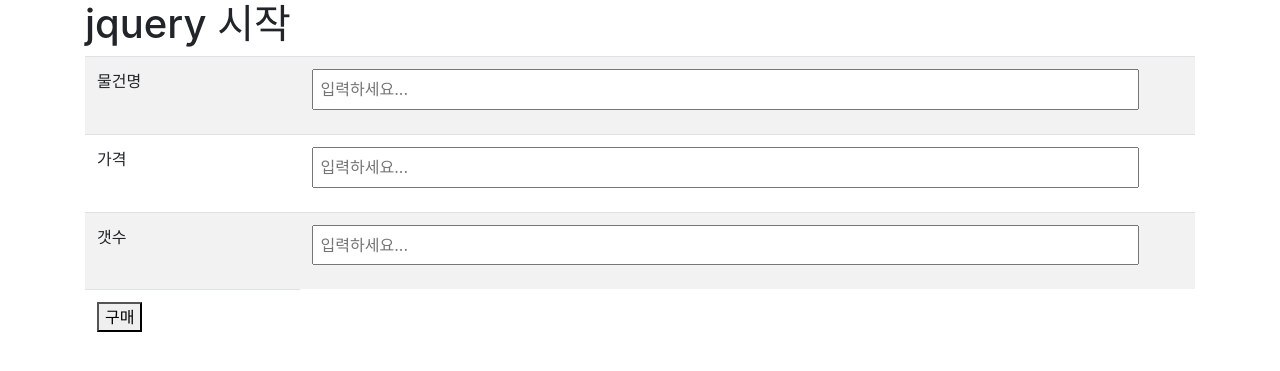
Repository: chanjungkim/vue_hrd
Page: vueexp/WebContent/a04_event/a02_buyProduct.html
These files come from the project's save history. The page is drawn as it stood at one moment and after the next save; the edit follows.
The browser window is 1280 px wide. The pictures show the whole page.

Above is the page before, as saved 2019-09-21 02:11:10.

After the next save:
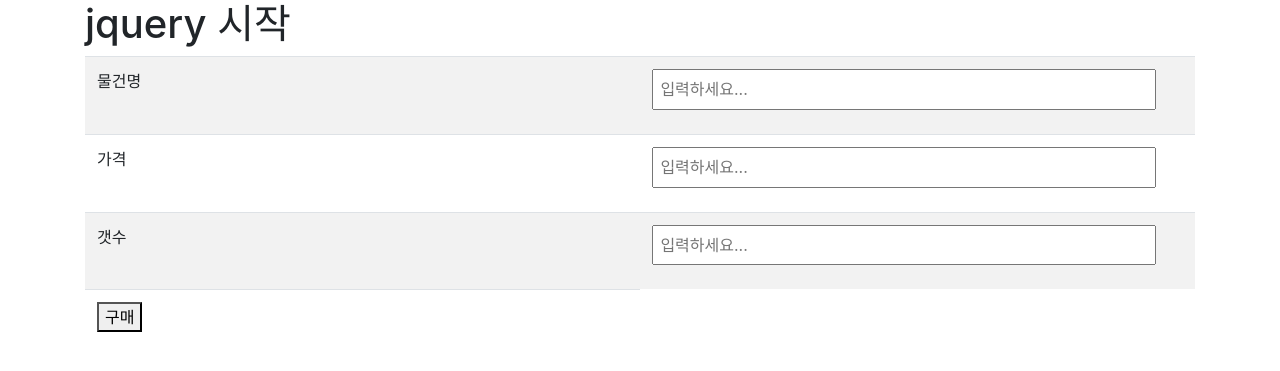
Saved 9 s later.
--- a/vueexp/WebContent/a04_event/a02_buyProduct.html
+++ b/vueexp/WebContent/a04_event/a02_buyProduct.html
@@ -36,9 +36,10 @@ input[type="text"], label {
 	<div class="container">
 		<h1></h1>
 		<table class="table table-hover table-striped">
+			<col width="50%">
 			<tr>
 				<td>물건명</td>
-				<td><input type="text" placeholder="입력하세요..."/></td>
+				<td colspan="50"><input type="text" placeholder="입력하세요..."/></td>
 			</tr>
 			<tr>
 				<td>가격</td>
